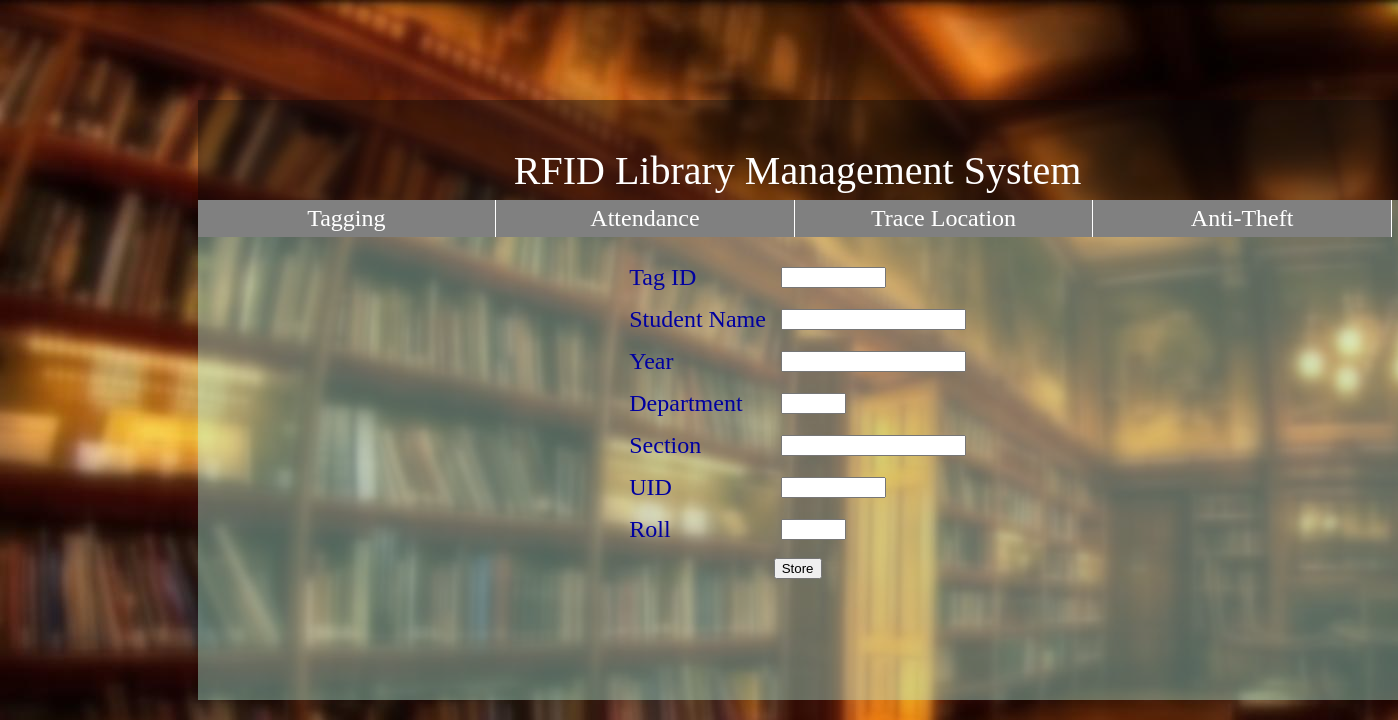
Repository: vigineshs/A-Smart-Data-Analyzer-for-Library-Management-System
Page: http://localhost/librarymgmt/updetails.jsp
These files come from the project's save history. The page is drawn as it stood at one moment and after the next save; the edit follows.
The browser window is 1280 px wide. The page is 1398 px wide, so the pictures cover 1398 px, including what lies to the right of the window. The pictures show the whole page.
The page is served by Tomcat 9. Other server files are loaded and not shown.

Above is the page before, as saved 2013-02-11 16:04:21.

### PassiveRFID/CS203-Version 1.0.6/Demo Applications/Dot Net C#/Demo Applications Source Code/RFID/librarymgmt/WebContent/updetails.jsp
<%@ page language="java" contentType="text/html; charset=ISO-8859-1"
    pageEncoding="ISO-8859-1"%>
<!DOCTYPE html PUBLIC "-//W3C//DTD HTML 4.01 Transitional//EN" "http://www.w3.org/TR/html4/loose.dtd">
<html>
<head>
<title>RFID | Library Management System</title>
<link rel="stylesheet" type="text/css" href="page.css ">
<script>
function validateForm()
{
var x=document.forms["f1"]["btag"].value;
if (x==null || x=="")
  {
  alert("TagID must be filled");
  return false;
  }
  var x1=document.forms["f1"]["bname"].value;
if (x==null || x=="")
  {
  alert("Student Name must be filled");
  return false;
  }
  var x=document.forms["f1"]["byear"].value;
if (x==null || x=="")
  {
  alert("Year must be filled");
  return false;
  }

 var x=document.forms["f1"]["bdept"].value;
if (x==null || x=="")
  {
  alert("Department must be filled");
  return false;
  }
  var x=document.forms["f1"]["bsection"].value;
if (x==null || x=="")
  {
  alert("Section must be filled");
  return false;
  }
  var x=document.forms["f1"]["buid"].value;
if (x==null || x=="")
  {
  alert("UID must be filled");
  return false;
  }
  var x=document.forms["f1"]["broll"].value;
if (x==null || x=="")
  {
  alert("RollNo must be filled");
  return false;
  }
}
</script>

</head>
<body>
<div class="center">
<div id="container">
<div id="header"><br/>
RFID Library Management System
</div>
<div id="content">
<center>
<ul>
<li><a href="tag.jsp">Tagging</a></li>
<li><a href="attend.jsp">Attendance</a></li>
<li><a href="locate.jsp">Trace Location</a></li>
<li><a href="#">Anti-Theft</a></li>
</ul>
<br/><br/>

<form name=f1 method=POST action="http://localhost:8080/librarymgmt/Update" onsubmit="return validateForm()" >
<table cellpadding="5" cellspacing="5">
<tr><td>Tag ID</td><td><input type=text size=10 name=btag /></td></tr>
<tr><td>Student Name</td><td><input type=text size=20 name=bname /></td></tr>
<tr><td>Year</td><td><input type=text size=20 name=byear /></td></tr>
<tr><td>Department</td><td><input type=text size=5 name=bdept /></td></tr>
<tr><td>Section</td><td><input type=text size=20 name=bsection /></td></tr>
<tr><td>UID</td><td><input type=text size=10 name=buid /></td></tr>
<tr><td>Roll</td><td><input type=text size=5 name=broll /></td></tr>
<tr><td colspan="2"><center><input type=submit value=Store  /></center></td></tr>
</table>
</form>
</center>
</div>
</div>
</div>
</body>
</html>

### PassiveRFID/CS203-Version 1.0.6/Demo Applications/Dot Net C#/Demo Applications Source Code/RFID/librarymgmt/WebContent/page.css
#container
{


width:1200px;
height:500px;
margin:0px;

}

ul
{

width:100%;
padding:0;
margin:0;
list-style-type:none;
}

ul a
{
float:left;
width:10.6em;
text-decoration:none;
text-align:center;
color:white;
background-color:grey;
padding:0.2em 0.9em;
border-right:1px solid white;
}

a
{
float:left;
width:8em;
text-decoration:none;
text-align:center;
color:white;
background-color:#58ACFA;
padding:0.2em 0.9em;
border-right:1px solid white;
}

a:hover {background-color:white;
color:black;}

li {display:inline;}


.center
{
margin-left:auto;
margin-right:auto;
width:70%;
}

body
{
background-image:url('images/lib.jpg');
color:#0000A0;
}

#header
{
background-image:url('images/header.png');
font-family:Monotype Corsiva;
font-size:40px;
color:white;
height:100px;
text-align:center;
float:center;
margin-top:100px;
}

#content
{
background-image:url('images/content.png');
width:1200px;
height:500px;
margin-left:0px;
overflow:hidden;
font-size:24px;
float:center;
}

#lcon
{
width:300px;
height:100%
overflow:hidden;
}

#rcon
{
width:700px;
height:100%
overflow:hidden;
margin-left:300px;
}

After the next save:
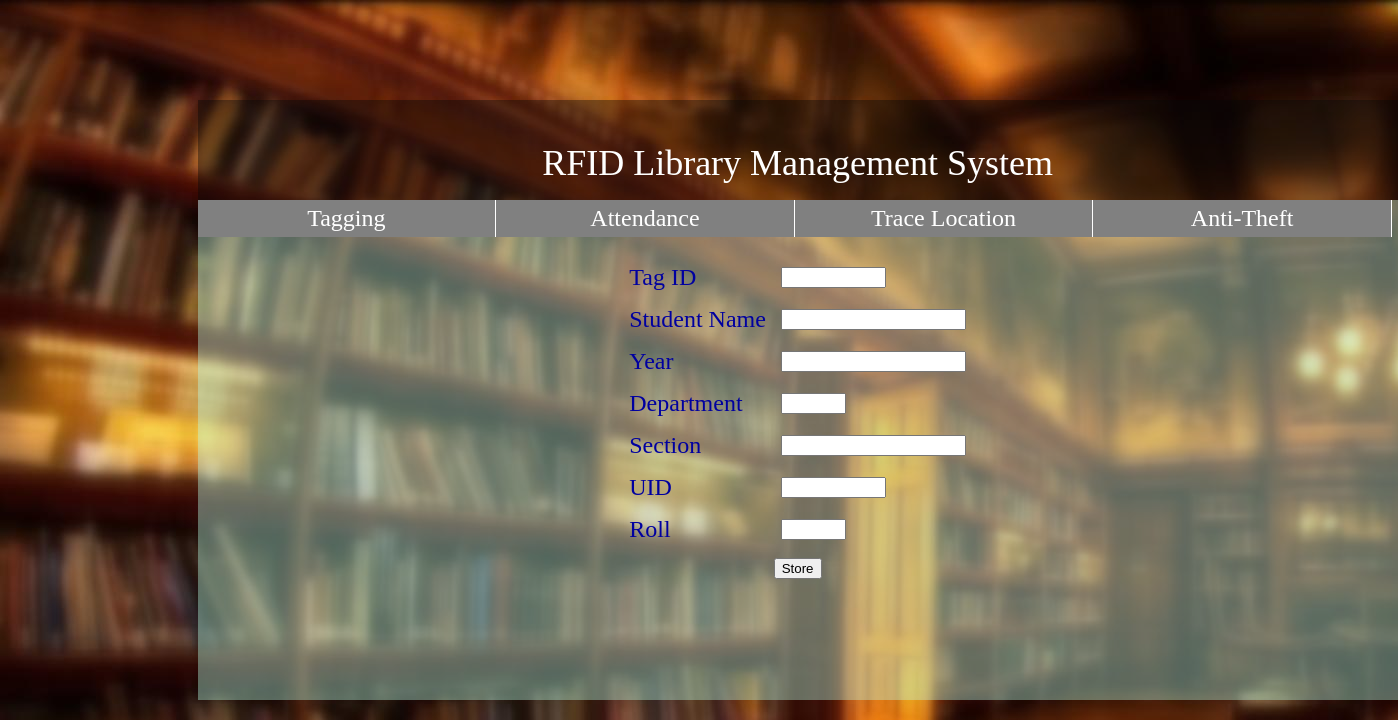
Saved 12 s later.
--- a/PassiveRFID/CS203-Version 1.0.6/Demo Applications/Dot Net C#/Demo Applications Source Code/RFID/librarymgmt/WebContent/page.css
+++ b/PassiveRFID/CS203-Version 1.0.6/Demo Applications/Dot Net C#/Demo Applications Source Code/RFID/librarymgmt/WebContent/page.css
@@ -64,7 +64,7 @@ color:#0000A0;
 {
 background-image:url('images/header.png');
 font-family:Monotype Corsiva;
-font-size:40px;
+font-size:36px;
 color:white;
 height:100px;
 text-align:center;
